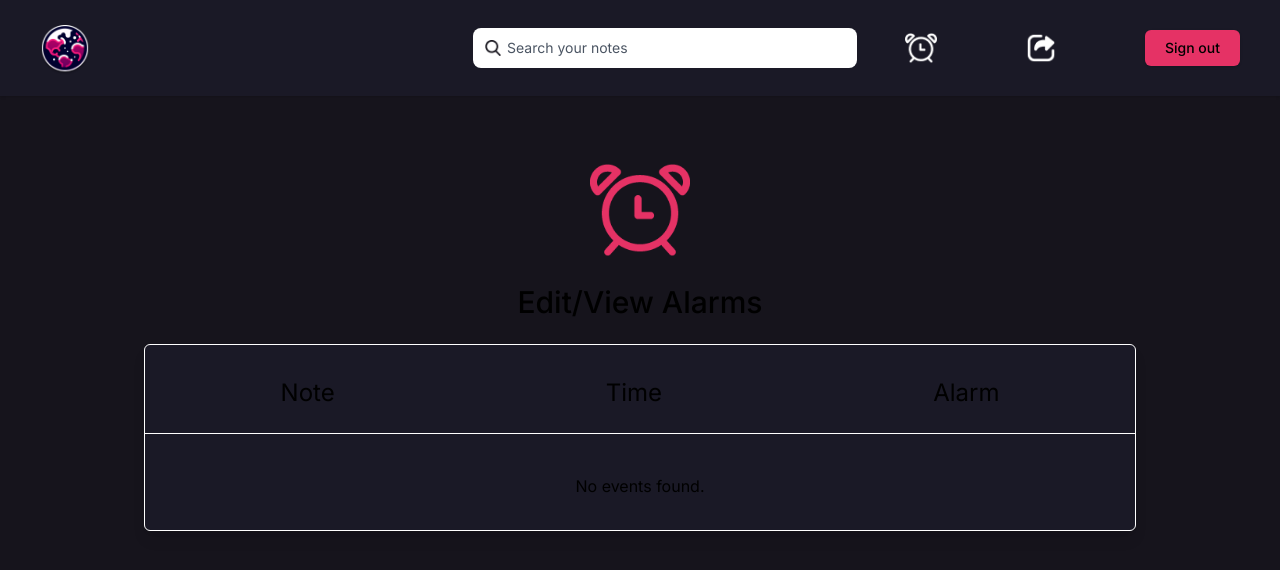
Repository: plan-it-earth/plan-it-earth
Page: /pages/alarm
An editor plug-in stored every save of this project. The page is shown before and after the next save, followed by the edit.
The browser window is 1280 px wide. The pictures show the whole page.
The project was rebuilt for these pictures with package versions that can differ from the ones it lists, and the page was loaded fresh each time. The framework's server and built-in components were replaced by stand-ins that run in the browser. Also part of the build but not shown: next.config.mjs, app/lib/Hooks/dbActions.js, app/Components/AlarmRow.tsx.

Above is the page before, as saved 2024-04-18 20:29:10.

After the next save:
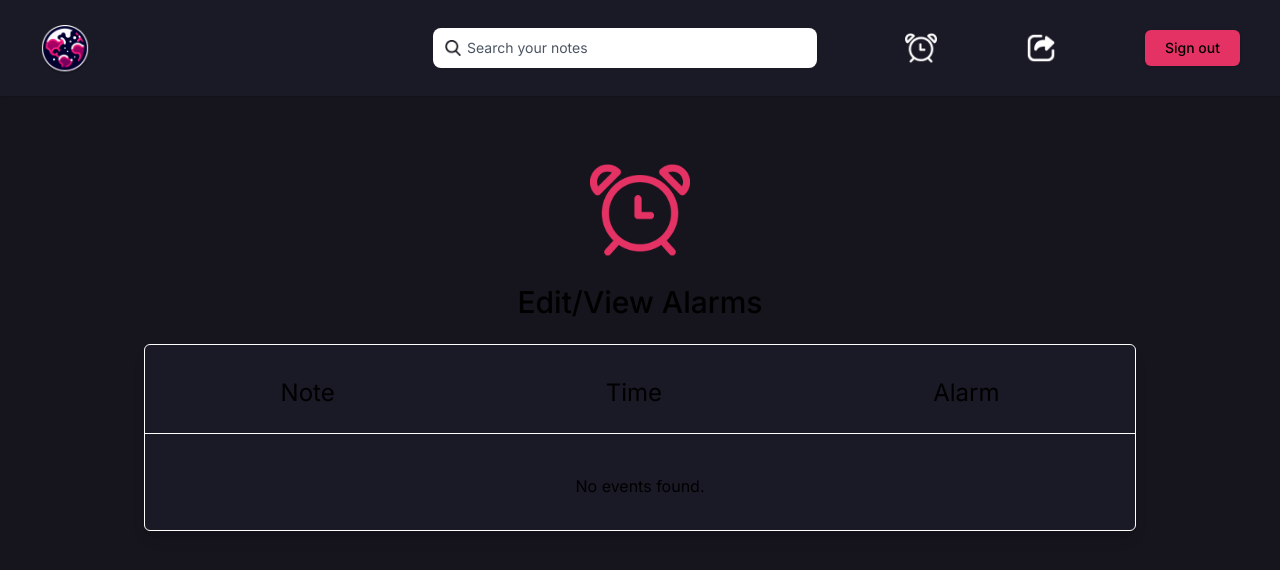
Saved 23 s later.
--- a/app/Components/Header.tsx
+++ b/app/Components/Header.tsx
@@ -43,7 +43,7 @@ export default function Header() {
         <div className="flex h-24 w-full px-2 py-5 bg-[#1A1926] shadow justify-around md:px-10">
             <div className="flex flex-row h-full items-center space-x-2 md:gap-20">
                 <Image onClick={routeToCalendar} src={logo} alt="Plan-It-Earth" height={50} width={50} className="h-30 w-30 mt-1 cursor-pointer hover:opacity-85 md:h-35 md:h-35"/>
-                <div className="hidden sm:w-20 sm:block"></div>
+                <div className="hidden sm:block"></div>
                 <div className="hidden sm:w-20 sm:block"></div>
             </div>
             {/*<div className="hidden w-24 lg:block"></div>*/}
